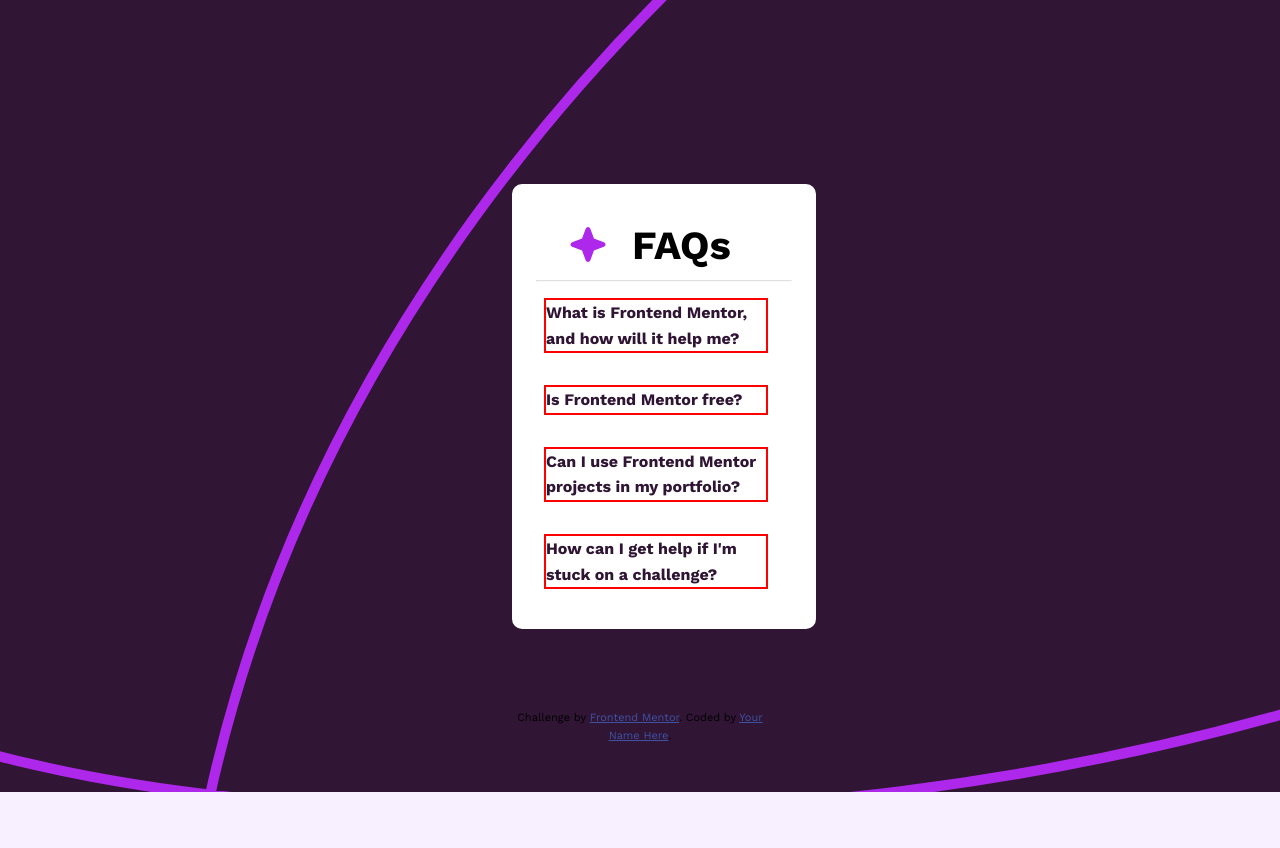
Repository: imokha01/accordion-main
Page: index.html
The author's editor kept a copy of each file at every save. The page is drawn from the files as they stood at one save, then again after the next save.
The browser window is 1280 px wide. The pictures show the whole page.

Above is the page before, as saved 2023-12-26 11:29:59.

### index.html
<!DOCTYPE html>
<html lang="en">
  <head>
    <meta charset="UTF-8" />
    <meta name="viewport" content="width=device-width, initial-scale=1.0" />
    <!-- displays site properly based on user's device -->
    <link rel="stylesheet" href="./index.css">
    <link
      rel="stylesheet"
      href="https://cdnjs.cloudflare.com/ajax/libs/font-awesome/6.5.1/css/all.min.css"
      integrity="sha512-DTOQO9RWCH3ppGqcWaEA1BIZOC6xxalwEsw9c2QQeAIftl+Vegovlnee1c9QX4TctnWMn13TZye+giMm8e2LwA=="
      crossorigin="anonymous"
      referrerpolicy="no-referrer"
    />
    <link
      rel="icon"
      type="image/png"
      sizes="32x32"
      href="./assets/images/favicon-32x32.png"
    />
    <link rel="preconnect" href="https://fonts.googleapis.com" />
    <link rel="preconnect" href="https://fonts.gstatic.com" crossorigin />
    <link
      href="https://fonts.googleapis.com/css2?family=Work+Sans:wght@400;600;700&display=swap"
      rel="stylesheet"
    />
    <title>Frontend Mentor | FAQ accordion</title>
    <!-- Feel free to remove these styles or customise in your own stylesheet 👍 -->
    <style>
      .attribution {
        font-size: 11px;
        text-align: center;
        margin-top: 1rem;
      }
      .attribution a {
        color: hsl(228, 45%, 44%);
      }
    </style>
  </head>
  <body>
    <div class="container">
      <div class="wrapper">
        <!-- first div content -->
        <main>
          <div id="header">
            <img src="./assets/images/icon-star.svg" alt="star-icon">
            <p id="headerpara">FAQs</p>
          </div>
          <hr>
          <div class="Div" id="div1">
            <div class="title">
              <p class="question">What is Frontend Mentor, and how will it help me?</p>
            </div>
            <div class="para">
              <p id="para1">
                Frontend Mentor offers realistic coding challenges to help developers
                improve their frontend coding skills with projects in HTML, CSS, and
                JavaScript. It's suitable for all levels and ideal for portfolio
                building.
              </p>
            </div>
          </div>
          <!-- second div content -->
          <div class="Div" id="div2">
            <div class="title">
              <p class="question">Is Frontend Mentor free?</p>
            </div>
            <div class="para">
              <p id="para2">
                Yes, Frontend Mentor offers both free and premium coding challenges,
                with the free option providing access to a range of projects suitable
                for all skill levels.
              </p>
            </div>
          </div>
          <!-- third div content -->
          <div class="Div" id="div3">
            <div class="title">
              <p class="question">Can I use Frontend Mentor projects in my portfolio?</p>
            </div>
            <div class="para">
              <p id="para3">
                Yes, you can use projects completed on Frontend Mentor in your
                portfolio. It's an excellent way to showcase your skills to potential
                employers!
              </p>
            </div>
          </div>
          <!-- fourth div content -->
          <div class="Div" id="div4">
            <div class="title">
              <p class="question">How can I get help if I'm stuck on a challenge?</p>
            </div>
            <div class="para">
              <p id="para4">
                The best place to get help is inside Frontend Mentor's Discord
                community. There's a help channel where you can ask questions and seek
                support from other community members.
              </p>
            </div>
          </div>
        </main>
        <!-- footer div -->
        <div class="attribution">
          Challenge by
          <a href="https://www.frontendmentor.io?ref=challenge" target="_blank"
            >Frontend Mentor</a
          >. Coded by <a href="#">Your Name Here</a>.
        </div>
      </div>
    </div>
    <script src="./index.js"></script>
  </body>
</html>

### index.css
:root {
    --White: hsl(0, 0%, 100%);
    --lightPink: hsl(275, 100%, 97%);
    --grayishPurple: hsl(292, 16%, 49%);
    --darkPurple:  hsl(292, 42%, 14%);
    --workSans: 'Work Sans', sans-serif;
}

* {
    margin: 0;
    padding:0;
    box-sizing: border-box;
}

body {
    font-size: 16px;
    font-family: var(--workSans);
    background-color: var(--lightPink);
    position: relative;
    line-height: 1.6;
}

.container  {
    background-image: url("./assets/images/background-pattern-desktop.svg");
    background-repeat: no-repeat;
    background-size: contain;
    display: flex;
    flex-direction: column;
    justify-content: center;
    align-items: center;
    overflow: hidden;
}

hr {
    background-color: var(--lightPink);
    margin-top: .7rem;
    opacity: 0.3;
}

.wrapper {
    width: 35rem;
    padding: 1.5rem;
    left: 30rem;
    border-radius: 10px;
    transition: height 0.5s ease-in 1ms;
}

main  {
    background-color: #fff;
    border-radius: 10px;
    padding: inherit;
    width: inherit;
    overflow: hidden;
    margin-top: 5rem;
    transition: height 0.5s ease-in 1ms;
    overflow: hidden;
}

#headerpara {
    font-size: 2.5rem;
    font-weight: 700;
    margin : -.6rem 1.5rem;

}

#header > img{
    padding-left: 2rem;
}

div#header {
    display: flex;
    flex-direction: row;
    justify-content: flex-start;
    align-items: flex-start;
    width: 10rem;
    margin-top: 1rem;
}

.Div {
    display: flex;
    flex-direction: column;
    justify-content: flex-start ;
    padding: 1rem .5rem;
    height: fit-content;
    transition: height 0.5s ease-in;

}

.title {
    display: flex;;
    justify-content: space-between;
}

.Div div  img {
    cursor: pointer;
}

.title p {
    font-weight: 700;
    color: var(--darkPurple);
    cursor: pointer;
    /* width: 21.875rem; */
}

.para {
    color: var(--grayishPurple);
    margin-top: 1.2rem;
    transition: height 0.5s ease-in 1s;
    overflow: hidden;
    display: none;
    font-size: .9rem;
}

.title{
    position: relative;
    width: 90%;

}
.title::after{
    content:  url(./assets/images/icon-plus.svg);
    position: absolute;
    right: -40px;
}

.active::after{
    content: url(./assets/images/icon-minus.svg);
    right: -40px;

}

.active, .question:hover {
    content: "";
}

@media (min-width: 375px){
    .container {
        background-image: url(./assets/images/background-pattern-mobile.svg);
        margin: 0;
    }

    .wrapper, main {
        width: 19rem;
        margin: 5rem auto;
    }

    /* .title  p{
        width: 14rem;
    } */

    .title {
        border: 2px solid red;
        width: 14rem;
    }

    .title::after,
    .active::after {
        right: -7.8125rem;
    }

    .para {
        font-size: 1rem;
    }
}

### index.js
// const answer = document.getElementsByClassName("para");
const question = document.getElementsByClassName("title");

for (let i = 0; i < question.length; i++ ) {
    question[i].addEventListener("click", function(){
        this.classList.toggle("active");
        let active = this.addEventListener.nextElementSibling;
        let para = this.nextElementSibling;
        if(para.style.display === "block"){
            para.style.display = "none";
        } else {
            para.style.display = "block";
        }
    });
}





// var acc = document.getElementsByClassName("accordion");
// var i;

// for (i = 0; i < acc.length; i++) {
//   acc[i].addEventListener("click", function() {
//     /* Toggle between adding and removing the "active" class,
//     to highlight the button that controls the panel */
//     this.classList.toggle("active");

//     /* Toggle between hiding and showing the active panel */
//     var panel = this.nextElementSibling;
//     if (panel.style.display === "block") {
//       panel.style.display = "none";
//     } else {
//       panel.style.display = "block";
//     }
//   });
// }

After the next save:
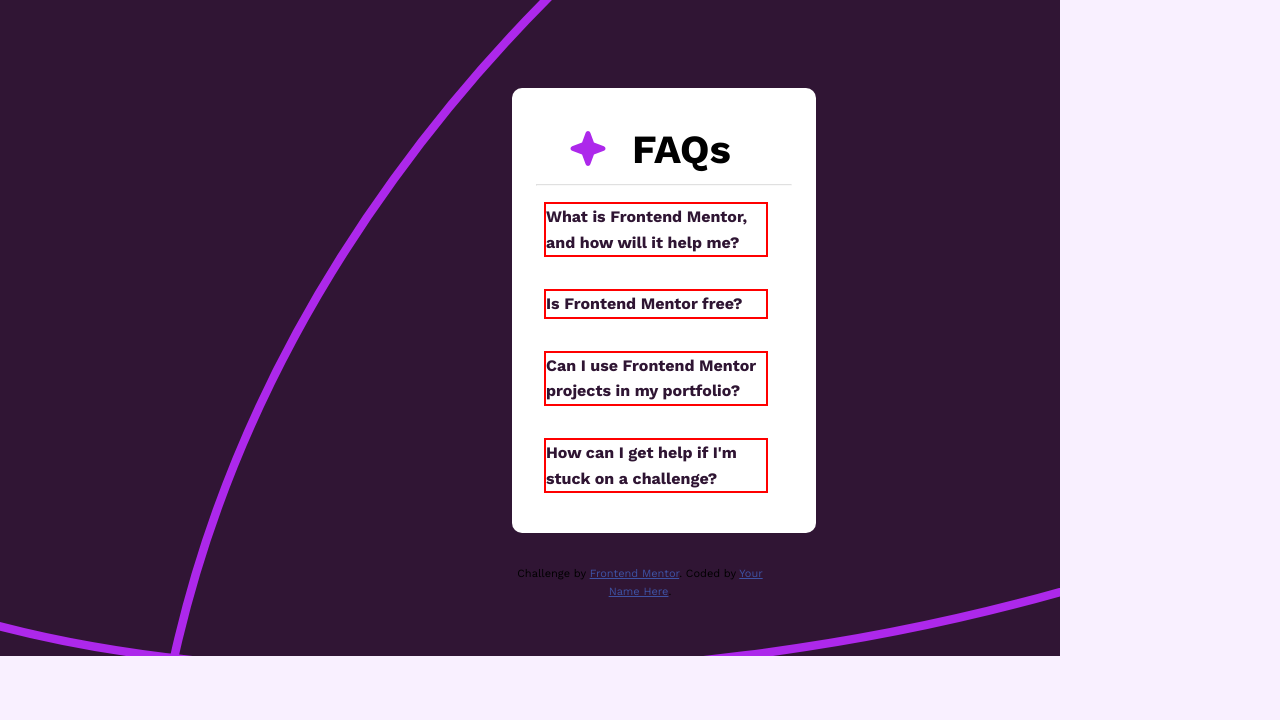
Saved 92 s later.
--- a/index.css
+++ b/index.css
@@ -140,7 +140,7 @@
 
     .wrapper, main {
         width: 19rem;
-        margin: 5rem auto;
+        margin: 2rem auto;
     }
 
     /* .title  p{

After the 2 saves that followed:
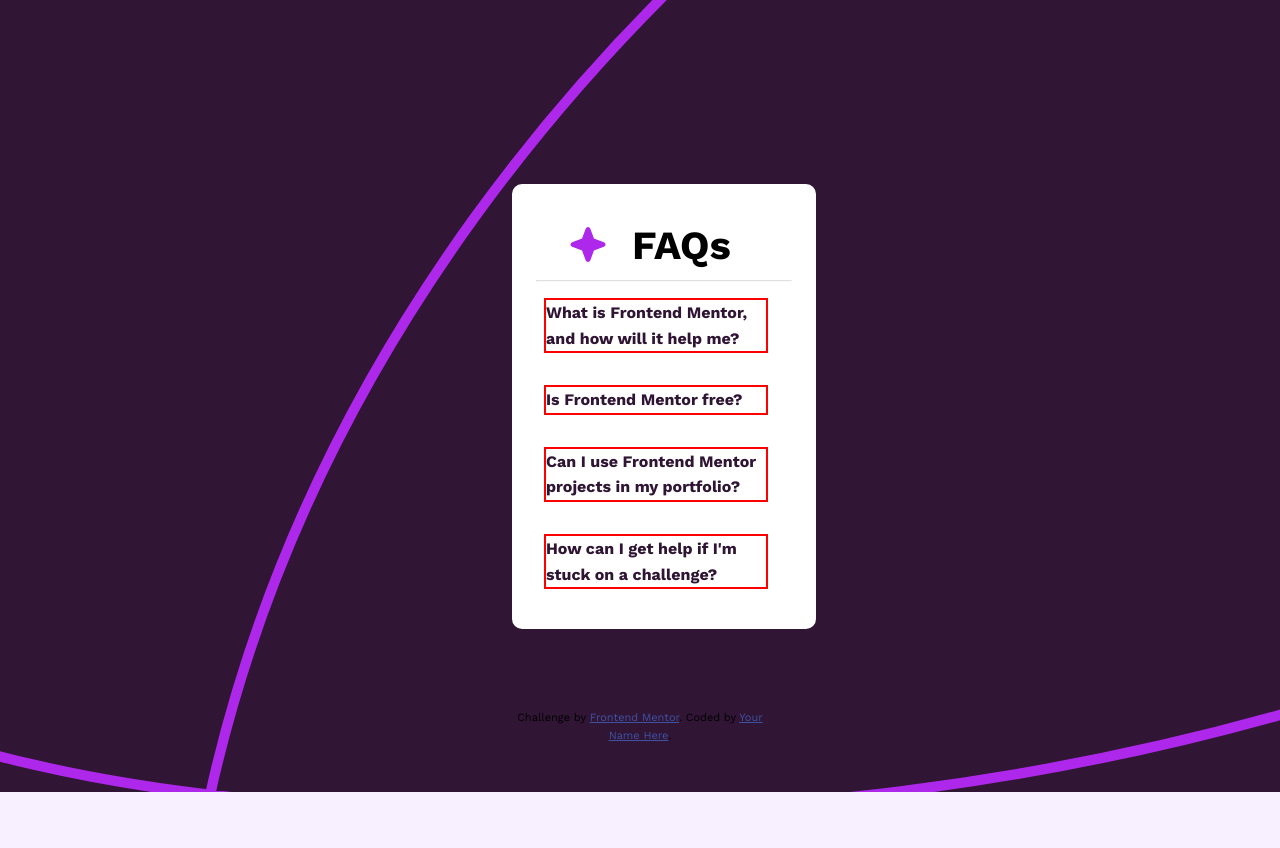
The 2 saves are shown as one change because they came seconds apart.
The last was saved 6 s later.
--- a/index.css
+++ b/index.css
@@ -140,7 +140,7 @@
 
     .wrapper, main {
         width: 19rem;
-        margin: 2rem auto;
+        margin: 5rem auto;
     }
 
     /* .title  p{
